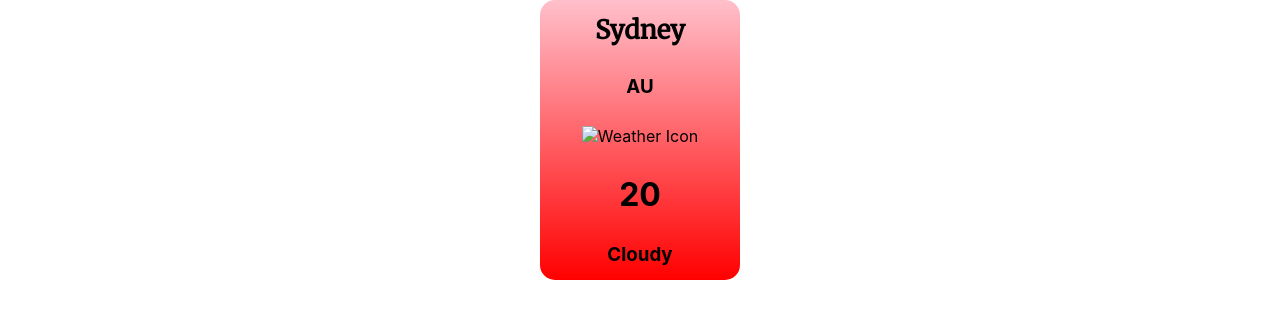
Repository: sayrilamar/chumsweatherapp
Page: /
An editor plug-in stored every save of this project. The page is shown before and after the next save, followed by the edit.
The browser window is 1280 px wide. The pictures show the whole page.
The project was rebuilt for these pictures with package versions that can differ from the ones it lists, and the page was loaded fresh each time.

Above is the page before, as saved 2020-04-16 19:54:40.

### src/index.css
* {
  margin: 0;
  padding: 0;
  font-family: -apple-system, BlinkMacSystemFont, 'Segoe UI', 'Roboto', 'Oxygen',
    'Ubuntu', 'Cantarell', 'Fira Sans', 'Droid Sans', 'Helvetica Neue',
    sans-serif;
  -webkit-font-smoothing: antialiased;
  -moz-osx-font-smoothing: grayscale;
}

### src/App.js
import React from "react";
import "./App.css";
import WeatherCard from "./weathercard.js";

function App() {
  return (
    <div className="App">
      <WeatherCard/>
    </div>
  );
}

export default App;

### src/App.css
@import url('https://fonts.googleapis.com/css?family=Merriweather|Fira+Sans&display=swap');


.App {
  margin: 0 auto;
}

.card {
  margin: 0 auto;
  background: linear-gradient(to top, red, pink);
  width: 200px;
  height: 280px;
  display: flex;
  flex-direction: column;
  justify-content: space-around;
  align-items: center;
  border-radius: 15px;
}

.city {
  font-family: 'Merriweather', sans-serif;
  font-size: 1.6em;
}

### src/weathercard.js
import React from "react";

const WeatherCard = props => {
    return (
        <div className="card">
            <h1 className="city">Sydney</h1>
            <h3 className="country">AU</h3>
            <img className="icon" src="" alt="Weather Icon"/>
            <h1 className="temp">20</h1>
            <h3 className="condition">Cloudy</h3>
        </div>
    );
};

export default WeatherCard;

Loaded but not shown: public/index.html (common file); src/index.js (common file); src/serviceWorker.js (common file)

After the next save:
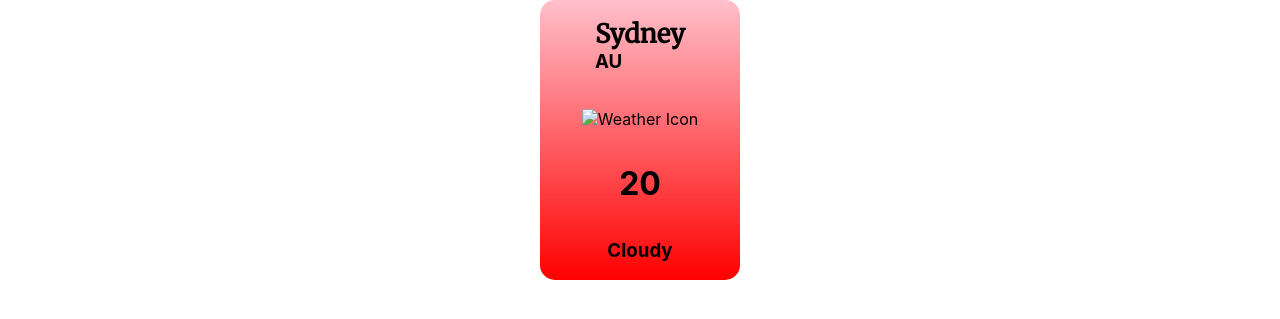
Saved 66 s later.
--- a/src/weathercard.js
+++ b/src/weathercard.js
@@ -3,8 +3,10 @@ import React from "react";
 const WeatherCard = props => {
     return (
         <div className="card">
-            <h1 className="city">Sydney</h1>
-            <h3 className="country">AU</h3>
+            <div className="location">
+                <h1 className="city">Sydney</h1>
+                <h3 className="country">AU</h3>
+            </div>
             <img className="icon" src="" alt="Weather Icon"/>
             <h1 className="temp">20</h1>
             <h3 className="condition">Cloudy</h3>
